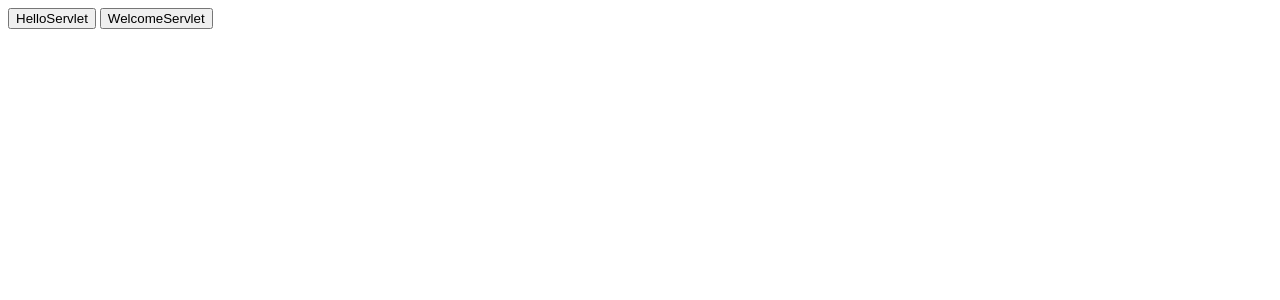
Repository: Nogawa-Haruka/test
Page: http://localhost/HelloServlet/
These files come from the project's save history. The page is drawn as it stood at one moment and after the next save; the edit follows.
The browser window is 1280 px wide. The pictures show the whole page.
The page is served by Tomcat 9. Other server files are loaded and not shown.

Above is the page before, as saved 2019-11-18 10:52:04.

### HelloServlet/WebContent/index.jsp
<%@ page language="java" contentType="text/html; charaset=UTF=8" pageEncoding="UTF-8"%>
<!DOCTYPE html>
<html>
<head>
	<meta charset="UTF-8">
	<title>HelloServlet</title>
</head>
<body>
	<input type="button" value="HelloServlet" onClick="location.href='HelloServlet'">
	<input type="button" value="WelcomeServlet" onClick="location.href='welcome.jsp'">
</body>
</html>

After the next save:
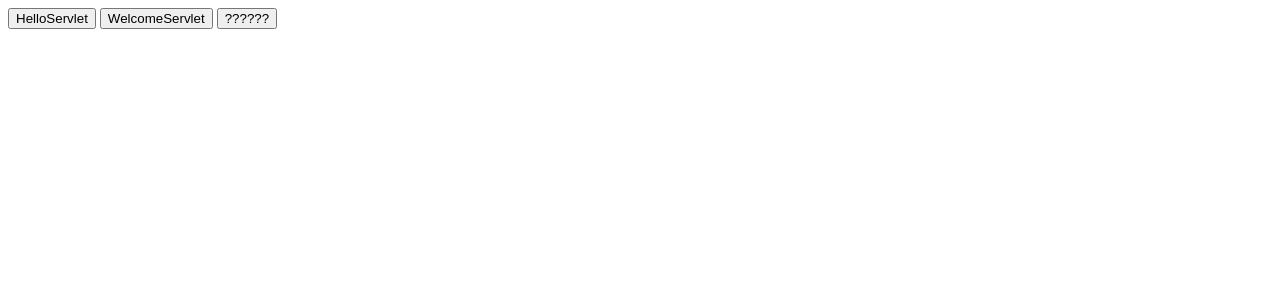
Saved 1 s later.
--- a/HelloServlet/WebContent/index.jsp
+++ b/HelloServlet/WebContent/index.jsp
@@ -8,5 +8,6 @@
 <body>
 	<input type="button" value="HelloServlet" onClick="location.href='HelloServlet'">
 	<input type="button" value="WelcomeServlet" onClick="location.href='welcome.jsp'">
+	<input type="button" value="お問い合わせ" onClick="location.href='inquiry.jsp'">
 </body>
 </html>
